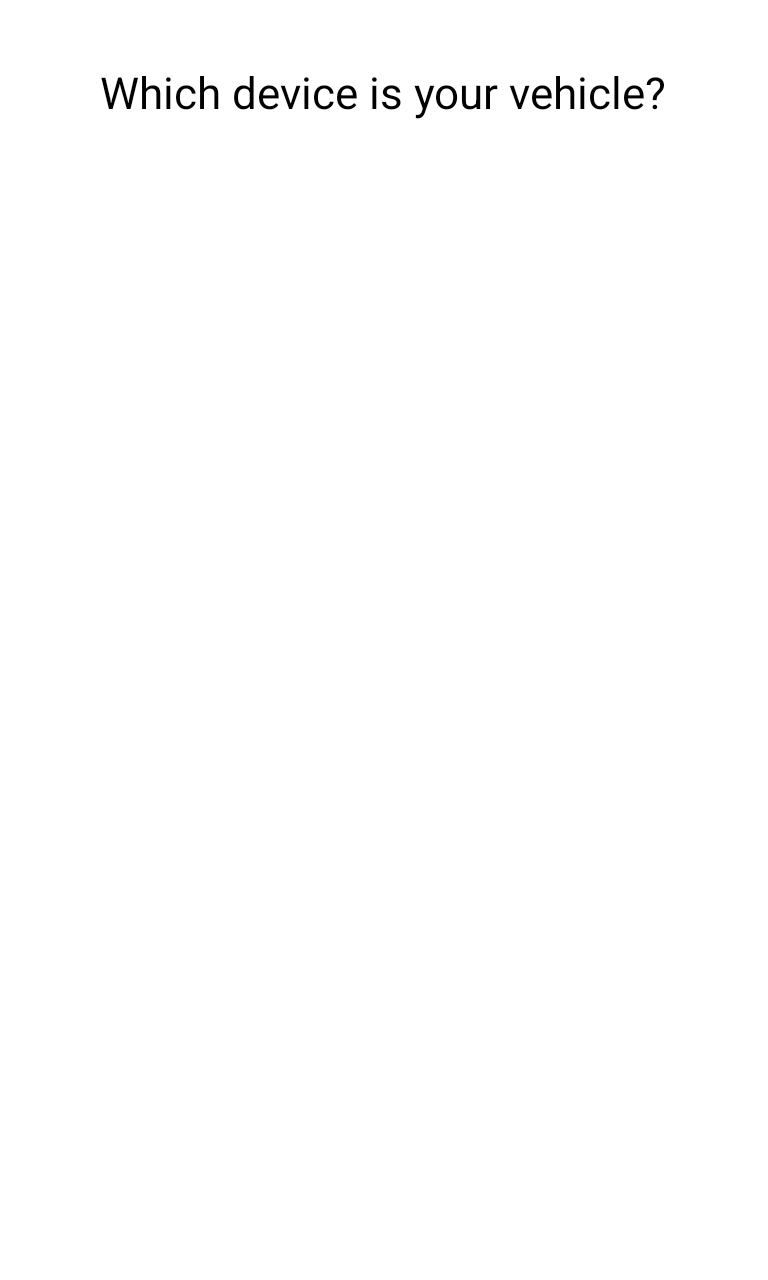
Repository: ddsnowboard/JavaProjects
Layout: CarTextResponder/res/layout/activity_main.xml
These files come from the project's save history. The layout is drawn as it stood at one moment and after the next save; the edit follows.
It is drawn on a 768 x 1280 px phone screen (xhdpi) without system bars, with theme AppTheme; the app's code is not run. Lists and similar views that code fills are empty.

Above is the layout before, as saved 2013-07-10 20:44:35.

After the next save:
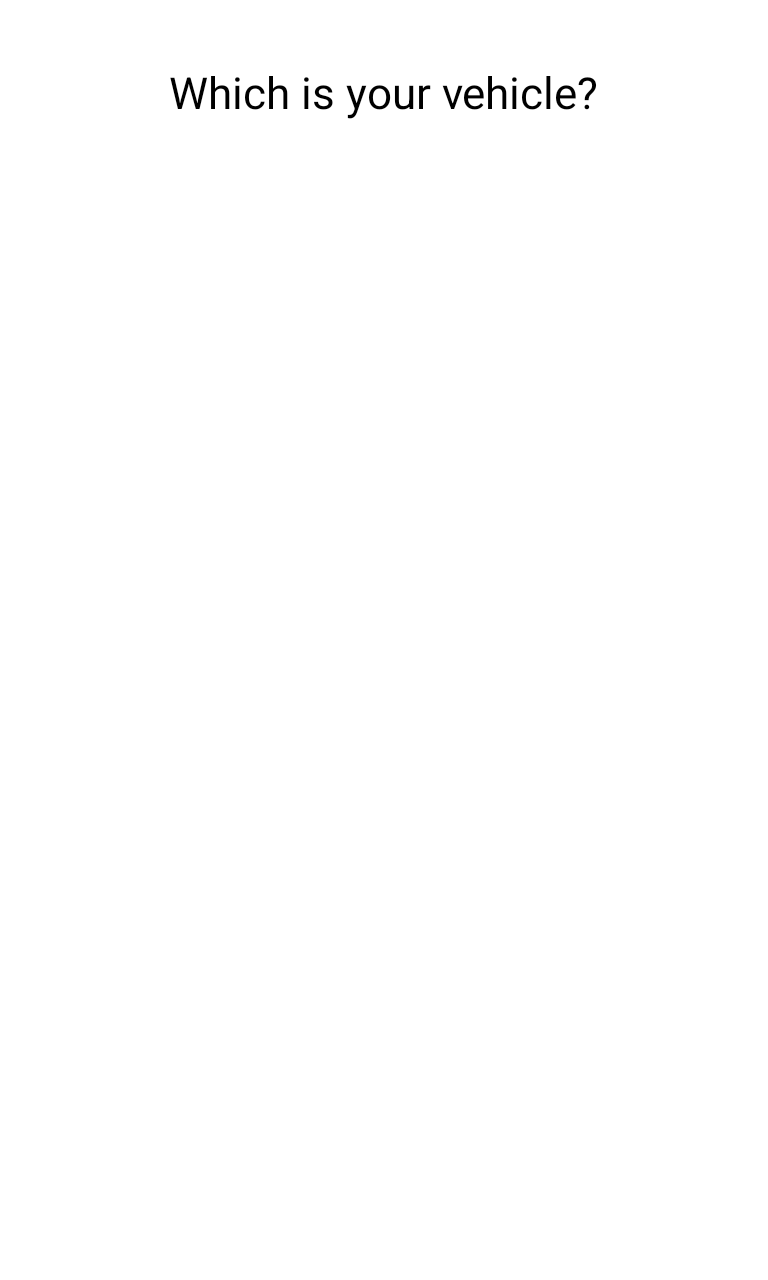
Saved 4 s later.
--- a/CarTextResponder/res/layout/activity_main.xml
+++ b/CarTextResponder/res/layout/activity_main.xml
@@ -15,7 +15,7 @@
         android:layout_alignParentTop="true"
         android:layout_centerHorizontal="true"
         android:layout_marginTop="15dp"
-        android:text="Which device is your vehicle?"
+        android:text="@string/TextBox"
         android:textAppearance="?android:attr/textAppearanceLarge" />
 
     <ListView
